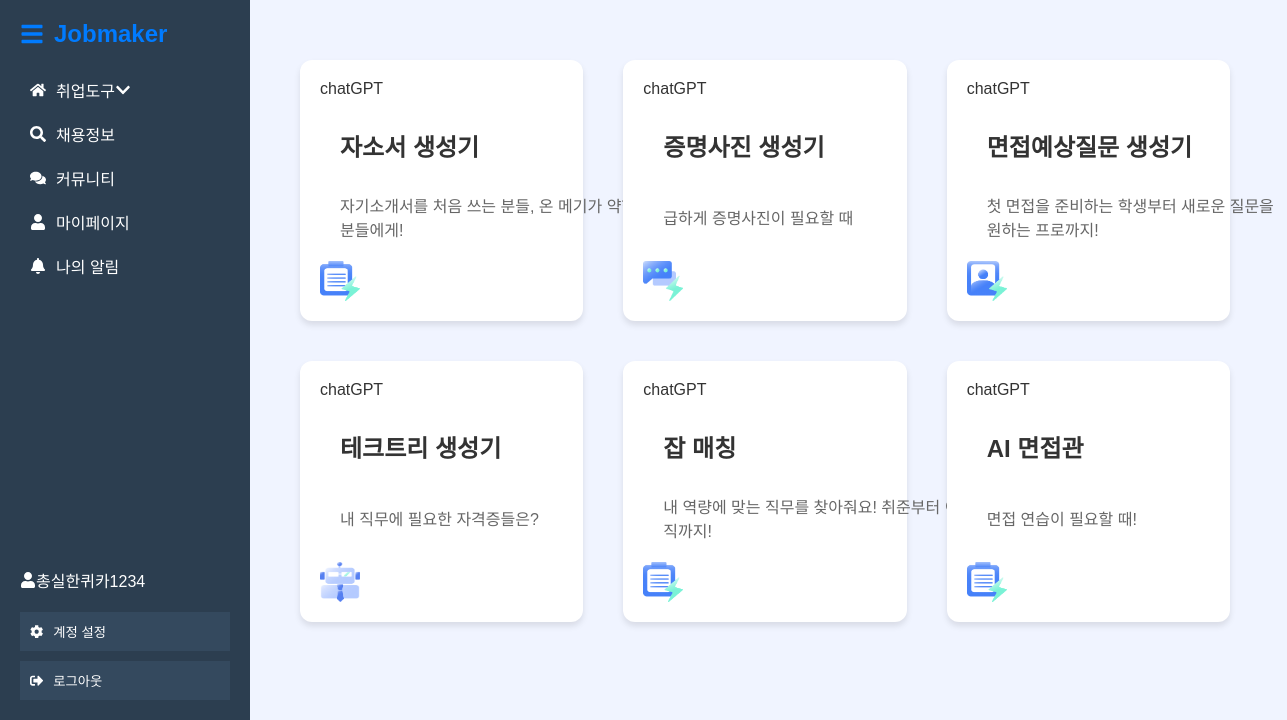
Repository: HSfac/jobmaker
Page: /main
These files come from the project's save history. The page is drawn as it stood at one moment and after the next save; the edit follows.
The browser window is 1280 px wide. The page is 1287 px wide, then 1280 px, so the pictures cover 1287 px, including what lies to the right of the window. The pictures show the whole page.
The project was rebuilt for these pictures with package versions that can differ from the ones it lists, and the page was loaded fresh each time. Also part of the build but not shown: src/components/Header.jsx, src/components/Footer.css, src/components/Footer.jsx, src/pages/LandingPage.jsx, src/pages/InfosPage.jsx, src/pages/CommunityPage.jsx, src/pages/MyPage.jsx, src/components/SocialLoginButton.css and 15 more.

Above is the page before, as saved 2024-07-13 18:07:36.

### src/App.js
import React from 'react';
import { BrowserRouter as Router, Route, Routes } from 'react-router-dom';
import MainPage from './pages/MainPage';
import LandingPage from './pages/LandingPage';
import InfosPage from './pages/InfosPage';
import CommunityPage from './pages/CommunityPage';
import MyPage from './pages/MyPage';
import LoginPage from './pages/LoginPage';
import SignupPage from './pages/SignupPage';
import EmailSignupPage from './pages/EmailSignupPage';

import ResumeGeneratorPage from './pages/tools/ResumeGeneratorPage';
import PhotoGeneratorPage from './pages/tools/PhotoGeneratorPage';
import InterviewQuestionsGeneratorPage from './pages/tools/InterviewQuestionsGeneratorPage';
import TechTreeGeneratorPage from './pages/tools/TechTreeGeneratorPage';
import JobMatchingPage from './pages/tools/JobMatchingPage';
import AIInterviewerPage from './pages/tools/AIInterviewerPage';

import MainLayout from './layouts/MainLayout'; // 새로 생성한 레이아웃 컴포넌트
import './App.css';

function App() {
  return (
    <Router>
      <div className="App">
        <Routes>
          <Route path="/" element={<LandingPage />} />
          <Route path="/login" element={<LoginPage />} />
          <Route path="/signup" element={<SignupPage />} />
          <Route path="/email-signup" element={<EmailSignupPage />} />
          <Route element={<MainLayout />}>
            <Route path="/main" element={<MainPage />} />
            <Route path="/infos" element={<InfosPage />} />
            <Route path="/community" element={<CommunityPage />} />
            <Route path="/mypage" element={<MyPage />} />
            <Route path="/tools/resume-generator" element={<ResumeGeneratorPage />} />
            <Route path="/tools/photo-generator" element={<PhotoGeneratorPage />} />
            <Route path="/tools/interview-questions-generator" element={<InterviewQuestionsGeneratorPage />} />
            <Route path="/tools/tech-tree-generator" element={<TechTreeGeneratorPage />} />
            <Route path="/tools/job-matching" element={<JobMatchingPage />} />
            <Route path="/tools/ai-interviewer" element={<AIInterviewerPage />} />
          </Route>
        </Routes>
      </div>
    </Router>
  );
}

export default App;

### src/pages/MainPage.jsx
import React from 'react';
import ToolCard from '../components/ToolCard';
import './MainPage.css';

// 이미지 파일 import
import icon1 from '../assets/images/icons/icon2.png';
import icon2 from '../assets/images/icons/icon3.png';
import icon3 from '../assets/images/icons/icon4.png';
import icon4 from '../assets/images/icons/icon5.png';
import icon5 from '../assets/images/icons/icon2.png';
import icon6 from '../assets/images/icons/icon2.png';

const tools = [
  {
    title: "자소서 생성기",
    description: "자기소개서를 처음 쓰는 분들, 온 메기가 약한 분들에게!",
    image: icon1,
    link: "/tools/resume-generator",
  },
  {
    title: "증명사진 생성기",
    description: "급하게 증명사진이 필요할 때",
    image: icon2,
    link: "/tools/photo-generator",
  },
  {
    title: "면접예상질문 생성기",
    description: "첫 면접을 준비하는 학생부터 새로운 질문을 원하는 프로까지!",
    image: icon3,
    link: "/tools/interview-questions-generator",
  },
  {
    title: "테크트리 생성기",
    description: "내 직무에 필요한 자격증들은?",
    image: icon4,
    link: "/tools/tech-tree-generator",
  },
  {
    title: "잡 매칭",
    description: "내 역량에 맞는 직무를 찾아줘요! 취준부터 이직까지!",
    image: icon5,
    link: "/tools/job-matching",
  },
  {
    title: "AI 면접관",
    description: "면접 연습이 필요할 때!",
    image: icon6,
    link: "/tools/ai-interviewer",
  },
];

const MainPage = () => {
  return (
    <div className="main-page">
      <div className="content">
        {tools.map((tool, index) => (
          <ToolCard
            key={index}
            title={tool.title}
            description={tool.description}
            image={tool.image}
            link={tool.link}
          />
        ))}
      </div>
    </div>
  );
};

export default MainPage;

### src/layouts/MainLayout.jsx
import React from 'react';
import { Outlet } from 'react-router-dom';
import Sidebar from '../components/Sidebar';
//import './MainLayout.css';

const MainLayout = () => {
  return (
    <div className="main-layout">
      <Sidebar />
      <div className="page-content">
        <Outlet />
      </div>
    </div>
  );
};

export default MainLayout;

### src/App.css
.App {
  font-family: sans-serif;
  text-align: center;
  height: 100vh;
  display: flex;
  flex-direction: column;
}

.main-content {
  display: flex;
  flex: 1;
}

.page-content {
  flex: 1;
  padding: 20px;
  margin-left: 250px; /* 사이드바의 넓이만큼 왼쪽 여백을 설정 */
  transition: margin-left 0.3s;
}

.sidebar.closed + .page-content {
  margin-left: 80px; /* 사이드바가 닫혔을 때 여백 설정 */
}

### src/components/ToolCard.jsx
import React from 'react';
import { useNavigate } from 'react-router-dom';
import './ToolCard.css';

const ToolCard = ({ title, description, image, link }) => {
  const navigate = useNavigate();

  const handleClick = () => {
    navigate(link);
  };

  return (
    <div className="tool-card" onClick={handleClick}>
      <div className="badge">chatGPT</div>
      <div className="content">
        <h3>{title}</h3>
        <p>{description}</p>
      </div>
      <img src={image} alt={title} className="icon" />
    </div>
  );
};

export default ToolCard;

### src/pages/MainPage.css
.main-page {
  display: flex;
  justify-content: center;
  align-items: center;
  width: 100%;
}

.content {
  display: grid;
  grid-template-columns: repeat(auto-fit, minmax(300px, 1fr));
  gap: 20px;
  width: 100%;
  max-width: 1200px;
  padding: 20px;
  box-sizing: border-box;
}

### src/pages/LandingPage.css
/* LandingPage.css */

@font-face {
  font-family: 'Pretendard';
  src: url('../assets/fonts/Pretendard-Regular.ttf') format('truetype');
  font-weight: 400;
}

@font-face {
  font-family: 'Pretendard';
  src: url('../assets/fonts/Pretendard-SemiBold.ttf') format('truetype');
  font-weight: 600;
}
:root {
  --bg-color: #f0f4ff;
  --text-color: #333;
  --primary-color: #3a73e1;
  --secondary-color: #fff;
  --question-bg-color: #4a90e2;
}

[data-theme="dark"] {
  --bg-color: #121212;
  --text-color: #e0e0e0;
  --primary-color: #bb86fc;
  --secondary-color: #333;
  --question-bg-color: #3700b3;
}

body {
  background-color: var(--bg-color);
  color: var(--text-color);
  margin: 0;
  padding: 0;
  font-family: 'Pretendard', sans-serif;
}

.landing-page {
  display: flex;
  flex-direction: column;
  min-height: 100vh;
}

.main-content {
  flex: 1;
  display: flex;
  flex-direction: column;
  align-items: center;
  background-color: var(--primary-color);
  color: var(--secondary-color);
}

.hero {
  display: flex;
  justify-content: space-between;
  align-items: center;
  max-width: 1200px;
  width: 100%;
  padding: 50px;
}


.hero-text h1 {
  font-size: 4em; /* Increased font size */
  font-family: 'Pretendard', sans-serif;
  font-weight: 600; /* SemiBold */
  margin-bottom: 20px;
}

.hero-text p {
  font-family: 'Pretendard', sans-serif;
  font-weight: 400; /* Regular */
}

.hero-text button.primary {
  background-color: var(--secondary-color);
  color: var(--primary-color);
  padding: 10px 20px;
  border: none;
  border-radius: 5px;
  font-size: 1.2em;
  cursor: pointer;
  transition: border-color 0.3s;
}

.hero-text button.primary:hover {
  border: 2px solid var(--primary-color);
}

.hero-images {
  flex: 1;
  display: flex;
  justify-content: center;
  align-items: center;


}

.hero-images img {
  max-width: 100%;
  height: auto;

}

.second-section {
  width: 100%;
  font-size: 1.5em;
  padding: 50px 20px;
  background-color: var(--bg-color);
  color: var(--text-color);
  text-align: center;
  position: relative;
  overflow: hidden;
  font-weight: 700; /* SemiBold */
}

.second-section h2 {
  color: var(--primary-color);
  font-size: 1.5em;
  font-weight: 700; /* SemiBold */
}

.sliding-images {
  display: flex;
  flex-direction: column;
  align-items: center;
  justify-content: center;
  height: 280px; /* Adjust as needed */
  position: relative;
}

.sliding-images img {
  width: 300%; /* Make the images smaller */
  position: absolute;
  animation-duration: 30s; /* Slow down the animation */
  animation-timing-function: linear;
  animation-iteration-count: infinite;
}

.sliding-images img:nth-child(1) {
  top: 0;
  left: -100%;
  animation-name: slide-in-left;
}

.sliding-images img:nth-child(2) {
  top: 50%;
  left: 100%;
  animation-name: slide-in-right;
}

@keyframes slide-in-left {
  0%, 100% {
    left: -100%;
  }
  50% {
    left: 100%;
  }
}

@keyframes slide-in-right {
  0%, 100% {
    left: 100%;
  }
  50% {
    left: -100%;
  }
}

.generators {
  display: flex;
  justify-content: space-around;
  flex-wrap: wrap;
}

.generator-card {
  background-color: var(--secondary-color);
  color: var(--primary-color);
  border-radius: 10px;
  padding: 20px;
  margin: 10px;
  width: 200px;
  cursor: pointer;
  transition: transform 0.2s;
}

.generator-card:hover {
  transform: scale(1.05);
}

.generator-card h3 {
  margin-top: 0;
}

.generator-card p {
  margin: 10px 0 0;
  font-size: 20px;
}

/* 기존 CSS 생략 */

.third-section {

  width: 100%;
  padding: 10px 20px;
  background-color: var(--bg-color);
  color: var(--text-color);
  text-align: center;

}

.third-section h2 {
  font-size: 2.2em;
  color: var(--primary-color);
  font-weight: 700; /* SemiBold */
}

.third-section h3 {
  font-size: 1em;
  font-weight: 600; /* SemiBold */
}

.example-container {
  display: flex;
  flex-wrap: wrap;
  justify-content: center;
  gap: 20px;
  margin-top: 20px;
  flex-direction: column; /* 세로로 배치 */
}

.example-image.left {
  align-self: flex-start;
  margin: 0 50px; /* 이미지 양옆 여백 설정 */
  animation: slide-left 5s infinite;
}

.example-image.center1 {
  align-self: center;
  margin: 0 50px; /* 이미지 양옆 여백 설정 */
}

.example-image.right {
  align-self: flex-end;
  margin: 0 50px; /* 이미지 양옆 여백 설정 */
  animation: slide-right 5s infinite;
}

.example-image.center2 {
  align-self: center;
  margin: 0 50px; /* 이미지 양옆 여백 설정 */
}

@keyframes slide-left {
  0% {
    transform: translateX(0);
  }
  50% {
    transform: translateX(-20px); /* 원하는 슬라이드 거리 설정 */
  }
  100% {
    transform: translateX(0);
  }
}

@keyframes slide-right {
  0% {
    transform: translateX(0);
  }
  50% {
    transform: translateX(20px); /* 원하는 슬라이드 거리 설정 */
  }
  100% {
    transform: translateX(0);
  }
}

/* 기존 CSS 생략 */




.fourth-section {
  width: 100%;
  padding: 50px 20px;
  background-color: var(--bg-color);
  color: var(--text-color);
  text-align: center;
}

.fourth-section h2 {
  font-size: 2.2em;
  color: var(--primary-color);
  font-weight: 700; /* SemiBold */
  margin-bottom: 10px;
}

.fourth-section h3 {
  font-size: 26px;
  font-weight: 700; /* SemiBold */
  margin-bottom: 30px;
}

.sliding-tags {
  overflow: hidden;
  white-space: nowrap;
  box-sizing: border-box;
}

.tags-wrapper {
  display: inline-block;
  animation: slide 45s linear infinite;

}

.tag {
  font-size: 20px;
  display: inline-block;
  background-color: var(--primary-color);
  color: var(--secondary-color);
  padding: 20px 40px;
  margin: 0 10px;
  border-radius: 500px;
  font-weight: 600; /* SemiBold */
}

@keyframes slide {
  0% {
    transform: translateX(100%);
  }
  100% {
    transform: translateX(-100%);
  }
}

.fifth-section {
  width: 100%;
  padding: 50px 20px;
  background-color: var(--bg-color);
  color: var(--text-color);
  text-align: center;
}

.fifth-section h2 {
  margin-top: 70px;
  font-size: 2.2em;
  color: var(--primary-color);
  font-weight: 700; /* SemiBold */
}

.fifth-section h3 {
  font-size: 26px;
  font-weight: 700; /* SemiBold */
  margin-top: 10px;
  margin-bottom: 30px;
}

.pricing-plans {
  display: flex;
  justify-content: center;
  gap: 25px;
  flex-wrap: wrap;
  margin-bottom: 200px;
}

.plan {
  background-color: var(--secondary-color);
  color: var(--primary-color);
  border-radius: 10px;
  padding: 20px;
  margin: 10px;
  width: 250px;
  text-align: center;
}

.plan h3 {
  margin-top: 0;
}

.plan p {
  font-size: 20px;
  font-weight: 700; /* SemiBold */
}

.plan ul {
  list-style: none;
  padding: 0;
}

.plan ul li {
  margin: 10px 0;
}

.plan button.primary {
  background-color: var(--secondary-color);
  color: var(--primary-color);
  padding: 10px 20px;
  border: 2px solid var(--primary-color);
  border-radius: 5px;
  font-size: 1.2em;
  cursor: pointer;
  transition: background-color 0.3s, color 0.3s;
}

.plan button.primary:hover {
  background-color: var(--primary-color);
  color: var(--secondary-color);
}

.footer {
  background-color: var(--primary-color);
  color: var(--secondary-color);
  padding: 20px;
  text-align: center;
  position: relative;
  bottom: 0;
  width: 100%;
  margin-top: auto;
}

### src/components/Sidebar.jsx
import React, { useState } from 'react';
import { FaHome, FaSearch, FaComments, FaUser, FaBell, FaCog, FaSignOutAlt, FaBars, FaChevronDown, FaChevronUp } from 'react-icons/fa';
import { Link } from 'react-router-dom';
import './Sidebar.css';
import AlertModal from './AlertModal';

const Sidebar = () => {
  const [isOpen, setIsOpen] = useState(true);
  const [isToolsOpen, setIsToolsOpen] = useState(false);
  const [isModalOpen, setIsModalOpen] = useState(false);

  const toggleSidebar = () => {
    setIsOpen(!isOpen);
  };

  const toggleToolsMenu = () => {
    setIsToolsOpen(!isToolsOpen);
  };

  const toggleModal = () => {
    setIsModalOpen(!isModalOpen);
  };

  return (
    <div className={`sidebar ${isOpen ? 'open' : 'closed'}`}>
      <div className="logo" onClick={toggleSidebar}>
        <FaBars />
        {isOpen && <span>Jobmaker</span>}
      </div>
      <ul className="menu">
        <li>
          <div className="menu-item" onClick={toggleToolsMenu}>
            <FaHome />
            {isOpen && <span>취업도구</span>}
            {isOpen && (isToolsOpen ? <FaChevronUp /> : <FaChevronDown />)}
          </div>
          {isToolsOpen && (
            <ul className="submenu">
              <li>
                <Link to="/tools/resume-generator">
                  {isOpen && <span>자소서 생성기</span>}
                </Link>
              </li>
              <li>
                <Link to="/tools/photo-generator">
                  {isOpen && <span>증명사진 생성기</span>}
                </Link>
              </li>
              <li>
                <Link to="/tools/interview-questions-generator">
                  {isOpen && <span>면접예상질문 생성기</span>}
                </Link>
              </li>
              <li>
                <Link to="/tools/tech-tree-generator">
                  {isOpen && <span>테크트리 생성기</span>}
                </Link>
              </li>
              <li>
                <Link to="/tools/job-matching">
                  {isOpen && <span>잡 매칭</span>}
                </Link>
              </li>
              <li>
                <Link to="/tools/ai-interviewer">
                  {isOpen && <span>AI 면접관</span>}
                </Link>
              </li>
            </ul>
          )}
        </li>
        <li>
          <Link to="/infos">
            <FaSearch />
            {isOpen && <span>채용정보</span>}
          </Link>
        </li>
        <li>
          <Link to="/community">
            <FaComments />
            {isOpen && <span>커뮤니티</span>}
          </Link>
        </li>
        <li>
          <Link to="/mypage">
            <FaUser />
            {isOpen && <span>마이페이지</span>}
          </Link>
        </li>
        <li className="menu-item" onClick={toggleModal} style={{ cursor: 'pointer' }}>
          <FaBell />
          {isOpen && <span>나의 알림</span>}
        </li>
      </ul>
      <div className="user-info">
        <div className="username">
          <FaUser />
          {isOpen && <span>총실한퀴카1234</span>}
        </div>

        <div className="settings">
          <button className="settings-btn">
            <FaCog />
            {isOpen && <span>계정 설정</span>}
          </button>
          <button className="logout-btn">
            <FaSignOutAlt />
            {isOpen && <span>로그아웃</span>}
          </button>
        </div>
      </div>
      {isModalOpen && <AlertModal onClose={toggleModal} />}
    </div>
  );
};

export default Sidebar;

### src/components/ToolCard.css
.tool-card {
  background-color: #ffffff;
  border-radius: 12px;
  padding: 20px;
  margin: 10px;
  display: flex;
  flex-direction: column;
  align-items: flex-start;
  cursor: pointer;
  box-shadow: 0 4px 6px rgba(0, 0, 0, 0.1);
  transition: transform 0.3s, box-shadow 0.3s;
}

.tool-card:hover {
  transform: translateY(-5px);
  box-shadow: 0 8px 12px rgba(0, 0, 0, 0.15);
}

.card-header {
  width: 100%;
  display: flex;
  justify-content: flex-end;
}

.icon {
  width: 40px;
  height: 40px;
}

.content {
  flex-grow: 1;
  text-align: left;
  width: 100%;
  margin-top: 10px;
}

h3 {
  margin: 0 0 10px;
  font-size: 24px;
  font-weight: 700;
  color: #333;
}

p {
  margin: 0;
  font-size: 16px;
  color: #666;
}

### src/components/Header.css
.header {
  display: flex;
  justify-content: space-between;
  align-items: center;
  padding: 10px 20px;
  background-color: #f8f9fa;
  border-bottom: 1px solid #e0e0e0;
}

.logo {
  font-size: 24px;
  font-weight: bold;
  color: #007bff;
}

.nav-links a {
  margin-left: 10px;
  color: #333;
  text-decoration: none;
}

.nav-links a:hover {
  text-decoration: underline;
}

### src/components/Sidebar.css
.sidebar {
  width: 250px;
  height: 100vh;
  background-color: #2c3e50;
  color: white;
  padding: 20px;
  box-sizing: border-box;
  display: flex;
  flex-direction: column;
  justify-content: space-between;
  transition: width 0.3s;
  position: fixed;
  top: 0;
  left: 0;
  overflow-y: auto; /* Add scrollbar if content exceeds height */
}

.sidebar.closed {
  width: 80px;
}

.logo {
  font-size: 24px;
  font-weight: bold;
  margin-bottom: 20px;
  cursor: pointer;
  display: flex;
  align-items: center;
}

.logo span {
  margin-left: 10px;
}

.menu {
  list-style: none;
  padding: 0;
  margin: 0;
}

.menu li {
  margin: 0;
}

.menu-item, .menu li a {
  display: flex;
  align-items: center;
  color: white;
  text-decoration: none;
  padding: 10px;
  width: 100%;
  box-sizing: border-box;
  transition: background-color 0.3s;
}

.menu-item:hover, .menu li a:hover {
  background-color: #34495e;
}

.menu-item {
  cursor: pointer;

}

.menu li span {
  margin-left: 10px;

}

.submenu {
  list-style: none;
  padding: 0;
  margin: 0;
}

.submenu li {
  margin: 0;
}

.submenu li a {
  padding: 10px 10px 10px 30px; /* Indentation for submenu items */
  display: flex;
  align-items: center;
  color: white;
  text-decoration: none;
  transition: background-color 0.3s;
}

.submenu li a:hover {
  background-color: #34495e;
}

.user-info {
  margin-top: auto;
}

.username {
  display: flex;
  align-items: center;
  margin-bottom: 10px;
}

.email {
  margin-bottom: 10px;
}

.settings {
  display: flex;
  flex-direction: column;
}

.settings-btn, .logout-btn {
  display: flex;
  align-items: center;
  width: 100%;
  margin-top: 10px;
  padding: 10px;
  background-color: #34495e;
  color: white;
  border: none;
  cursor: pointer;
  transition: background-color 0.3s;
}

.settings-btn:hover, .logout-btn:hover {
  background-color: #3d566e;
}

.settings-btn span, .logout-btn span {
  margin-left: 10px;
}

Loaded but not shown: public/index.html (common file); src/index.js (common file); src/index.css (common file); src/reportWebVitals.js (common file)

After the next save:
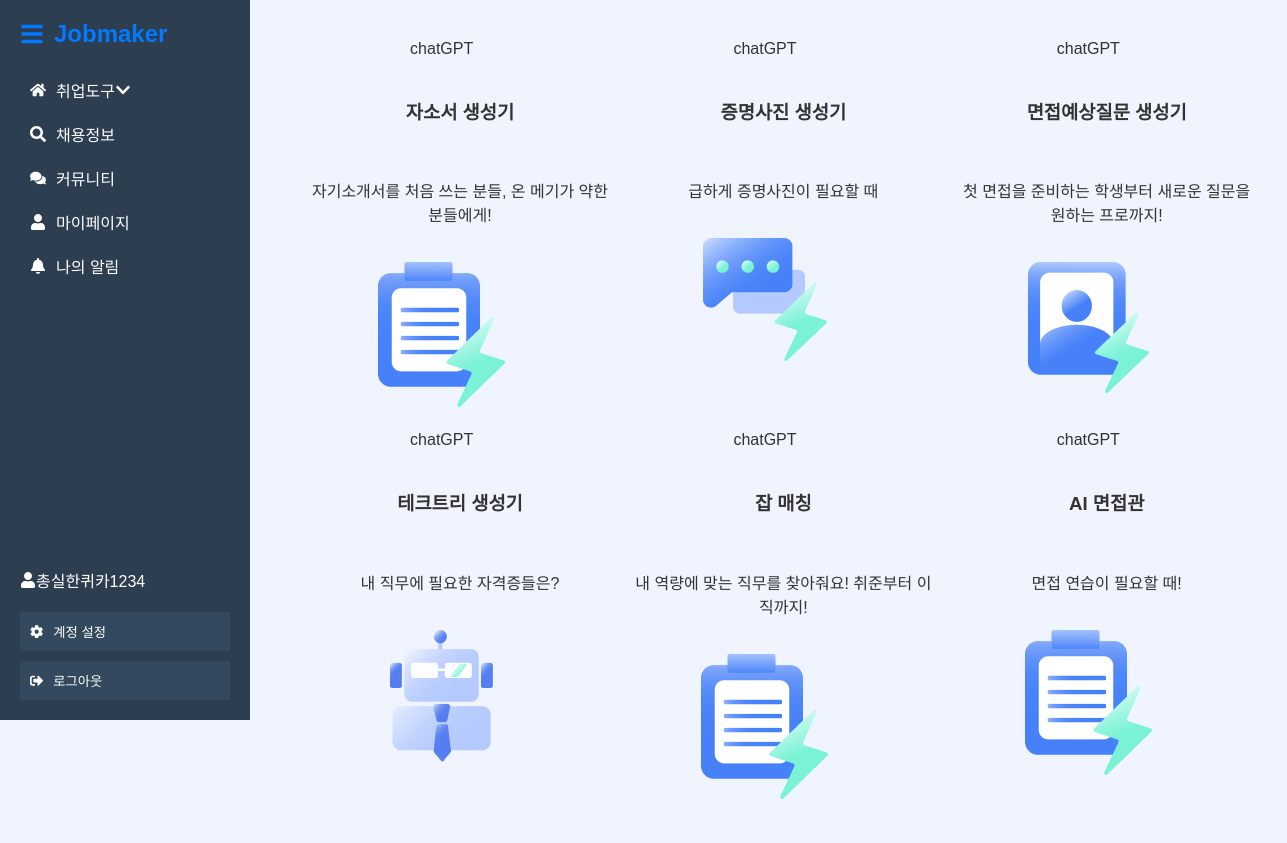
Saved 6 s later.
--- a/src/components/ToolCard.css
+++ b/src/components/ToolCard.css
@@ -1,48 +1,24 @@
-.tool-card {
-  background-color: #ffffff;
-  border-radius: 12px;
-  padding: 20px;
-  margin: 10px;
-  display: flex;
-  flex-direction: column;
-  align-items: flex-start;
-  cursor: pointer;
-  box-shadow: 0 4px 6px rgba(0, 0, 0, 0.1);
-  transition: transform 0.3s, box-shadow 0.3s;
-}
+import React from 'react';
+import { useNavigate } from 'react-router-dom';
+import './ToolCard.css';
 
-.tool-card:hover {
-  transform: translateY(-5px);
-  box-shadow: 0 8px 12px rgba(0, 0, 0, 0.15);
-}
+const ToolCard = ({ title, description, image, link }) => {
+  const navigate = useNavigate();
 
-.card-header {
-  width: 100%;
-  display: flex;
-  justify-content: flex-end;
-}
+  const handleClick = () => {
+    navigate(link);
+  };
 
-.icon {
-  width: 40px;
-  height: 40px;
-}
+  return (
+    <div className="tool-card" onClick={handleClick}>
+      <div className="badge">chatGPT</div>
+      <div className="content">
+        <h3>{title}</h3>
+        <p>{description}</p>
+      </div>
+      <img src={image} alt={title} className="icon" />
+    </div>
+  );
+};
 
-.content {
-  flex-grow: 1;
-  text-align: left;
-  width: 100%;
-  margin-top: 10px;
-}
-
-h3 {
-  margin: 0 0 10px;
-  font-size: 24px;
-  font-weight: 700;
-  color: #333;
-}
-
-p {
-  margin: 0;
-  font-size: 16px;
-  color: #666;
-}
+export default ToolCard;
